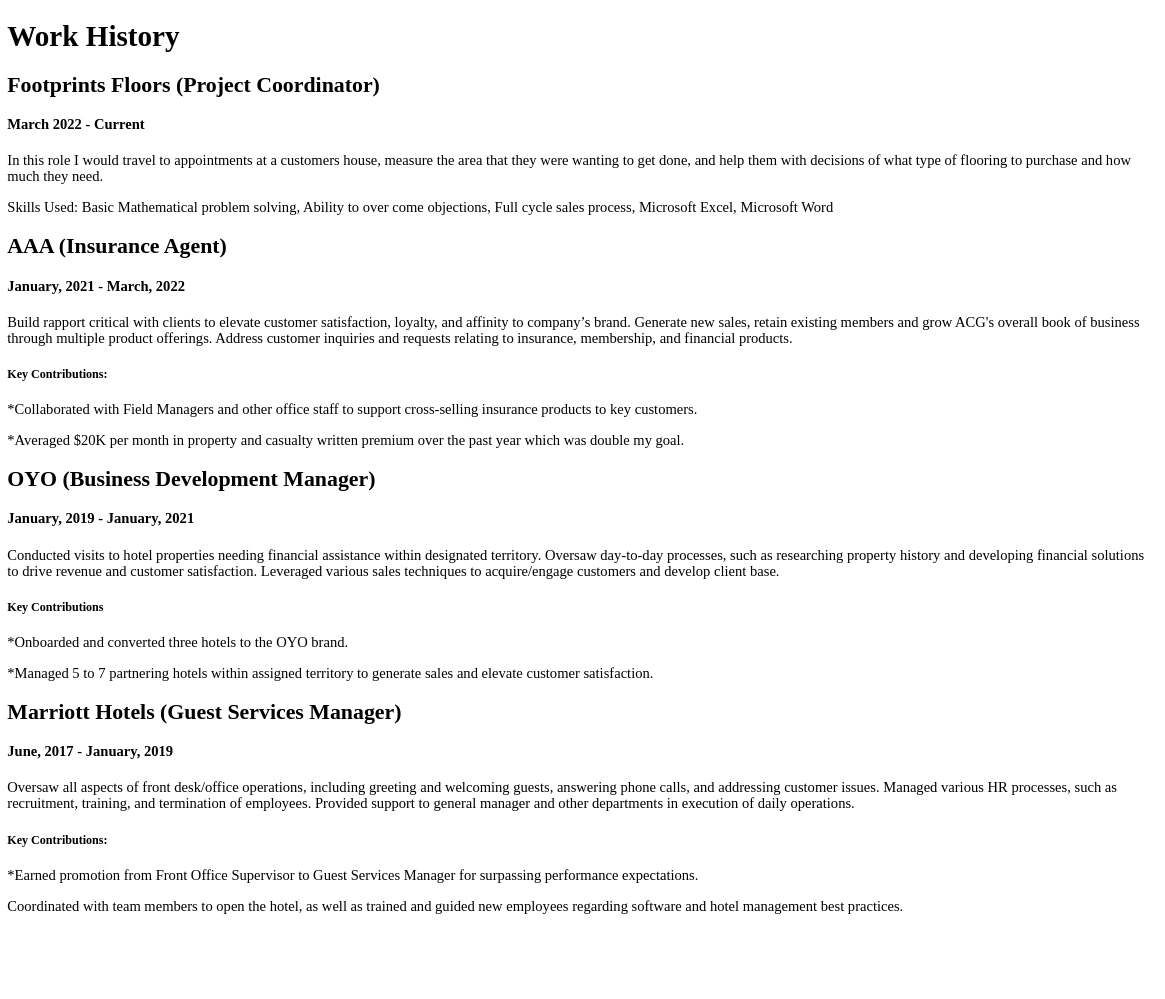
Repository: TEazy2433/LAB-HTML-Resume
Page: index.html
An editor plug-in stored every save of this project. The page is shown before and after the next save, followed by the edit.
The browser window is 1280 px wide. The pictures show the whole page, at 91% of full size.

Above is the page before, as saved 2023-10-11 19:25:24.

After the next save:
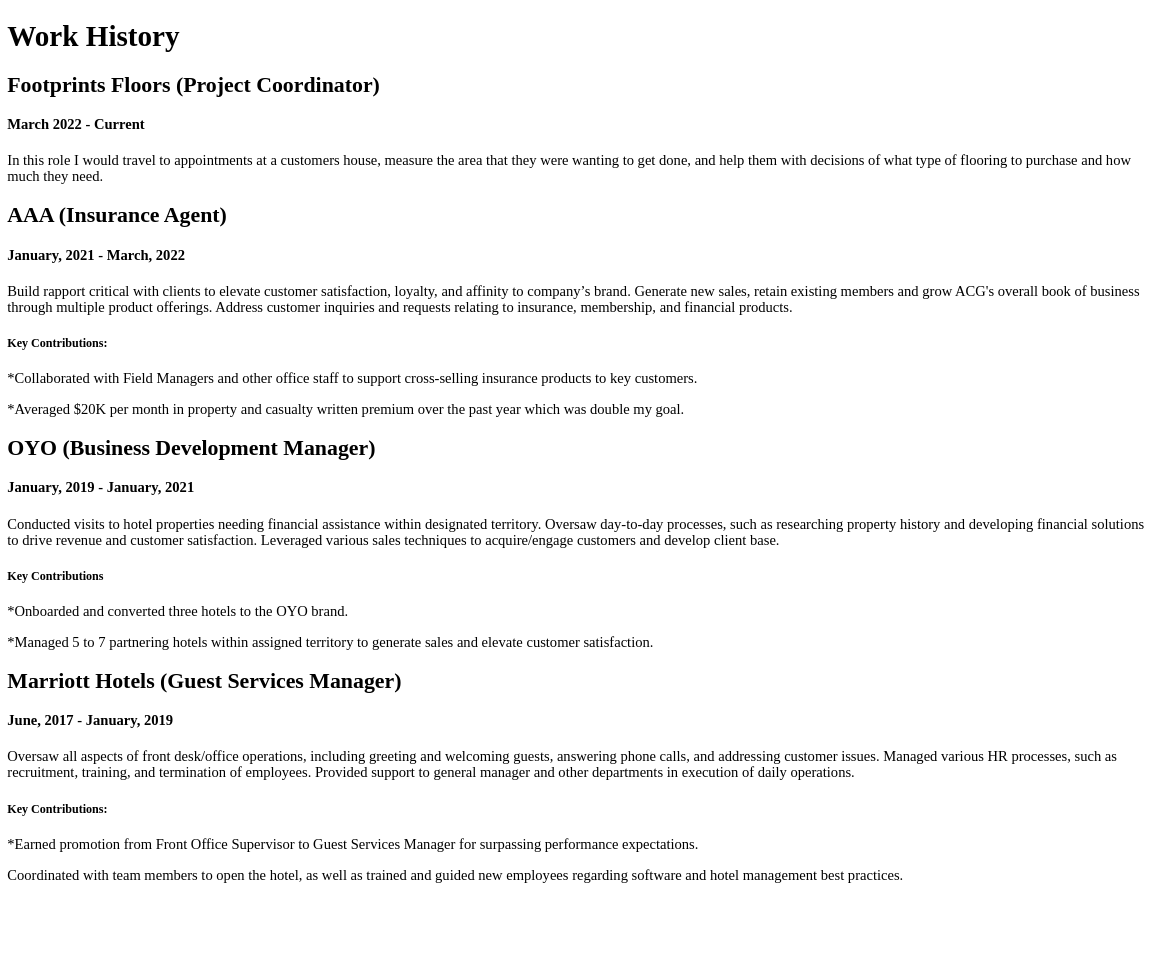
Saved 5 min 22 s later.
--- a/index.html
+++ b/index.html
@@ -13,9 +13,11 @@
     <h4>March 2022 - Current</h4>
     <section></section>
       <p>In this role I would travel to appointments at a customers house, measure the area that they were wanting to get done, and help them with decisions of what type of flooring to purchase and how much they need.</p>
-        <p>Skills Used: Basic Mathematical problem solving, Ability to over come objections, Full cycle sales process, Microsoft Excel, Microsoft Word</p>
+              <section></section>
+            <article></article>
 
-        <article id="articleTwo"></article>
+
+            <article id="articleTwo"></article>
         <h2>AAA (Insurance Agent)</h2>
         <h4>January, 2021 - March, 2022</h4>
         <p>Build rapport critical with clients to elevate customer satisfaction, loyalty, and affinity to company’s brand. Generate new sales, retain existing members and grow ACG's overall book of business through multiple product offerings. Address customer inquiries and requests relating to insurance, membership, and financial products.
@@ -23,6 +25,8 @@
         <h5>Key Contributions:</h5>
         <p>*Collaborated with Field Managers and other office staff to support cross-selling insurance products to key customers.</p>
         <p>*Averaged $20K per month in property and casualty written premium over the past year which was double my goal.</p>
+              <section></section>
+            <article></article>
 
         <article id="articleThree"></article>
         <h2>OYO (Business Development Manager)</h2>
@@ -32,6 +36,8 @@
         <h5>Key Contributions</h5>
         <p>*Onboarded and converted three hotels to the OYO brand.</p>
         <p>*Managed 5 to 7 partnering hotels within assigned territory to generate sales and elevate customer satisfaction.</p>
+              <section></section>
+            <article></article>
 
         <article id="articleFour"></article>
         <h2>Marriott Hotels (Guest Services Manager)</h2>
